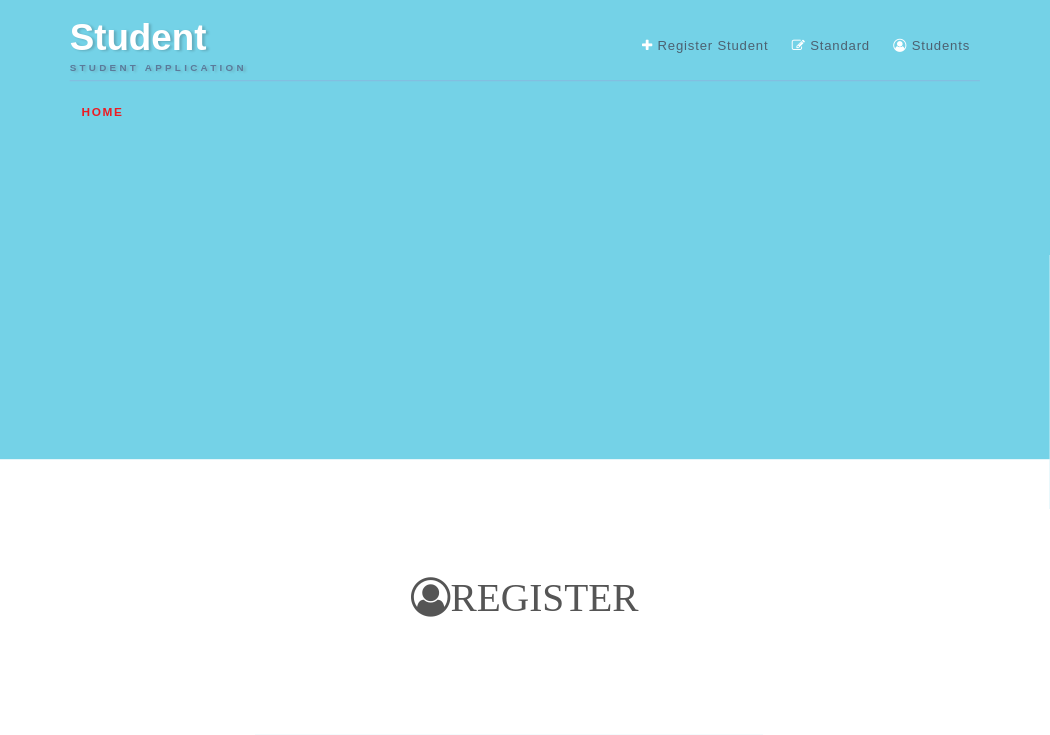
Repository: PallaviMadiya/Java-Framework-
Page: http://localhost/StudentApplication/standard.jsp
An editor plug-in stored every save of this project. The page is shown before and after the next save, followed by the edit.
The browser window is 1280 px wide. The pictures show the whole page, at 82% of full size.
Some web fonts or font styles are not loaded; a fallback is used. The page is served by Tomcat 9. Other server files are loaded and not shown. Queries for data that is not in the repository find no rows.

Above is the page before, as saved 2023-10-18 08:31:23.

### StudentApplication/src/main/webapp/standard.jsp

<%@ page language="java" contentType="text/html; charset=ISO-8859-1"
    pageEncoding="ISO-8859-1"%>
    <%@page import="dao.StudentDao"%>
<%@page import="model.Standard"%>
<%@page import="java.util.*"%>
<!DOCTYPE html>
<html>
<head>
<meta charset="ISO-8859-1">
<title>Insert title here</title>
</head>
<body>
<%@include file="header.jsp" %>
 <!-- //banner-->
    <!--/login -->
    <section class="banner-bottom py-5">
        <div class="container">
            <div class="content-grid">
                <div class="text-center icon">
                    <span class="fa fa-user-circle-o">REGISTER</span>
                </div>
                <div class="content-bottom">

                    <form action="StudentController" method="post" enctype='multipart/form-data>
                        <%List<Standard> list = StudentDao.getStandardList(); %>

                    	<select name="id"  style="width:340px; height:60px; margin-bottom:20px;">
							<% for (Standard s : list) { %>
								<option value="" disabled selected hidden>&nbsp &nbsp Select Standard</option>
								<option value="<%=s.getId() %>"><%=s.getName() %></option>
							<% } %>
						</select>


                        <div class="field-group">
                            <div class="content-input-field">
                                <input name="fname" id="text1" type="text" value="" placeholder="First Name" required="">
                            </div>
                        </div>

                        <div class="field-group">
                            <div class="content-input-field">
                                <input name="lname" id="text1" type="text" value="" placeholder="Last Name" required="">
                            </div>
                        </div>

                        <div class="field-group">
                            <div class="content-input-field">
                                <input name="dob" id="text1" type="date" value="" placeholder="Date Of Birth" required="">
                            </div>
                        </div>

                        <div class="field-group">
                            <div class="content-input-field">
                                <input name="image" id="text1" type="file" value="" placeholder="Student Image" required="">
                            </div>
                        </div>


                        <div class="content-input-field">
                            <button type="submit" class="btn" name="action" value="register">Register</button>
                        </div>

                    </form>
                </div>
            </div>
        </div>
    </section>
    <!-- /login -->
</body>
</html>

### StudentApplication/src/main/webapp/header.jsp
<%@ page language="java" contentType="text/html; charset=ISO-8859-1"
    pageEncoding="ISO-8859-1"%>
<!--
Author:W3layouts
Author URL: http://w3layouts.com
License: Creative Commons Attribution 3.0 Unported
License URL: http://creativecommons.org/licenses/by/3.0/
-->

<!DOCTYPE html>
<html lang="zxx">

<head>
    <title>Baggage Ecommerce Category Bootstrap Responsive Web Template | Home :: W3layouts</title>
    <!-- Meta tag Keywords -->
    <meta name="viewport" content="width=device-width, initial-scale=1">
    <meta charset="UTF-8" />
    <meta name="keywords" content="Baggage Responsive web template, Bootstrap Web Templates, Flat Web Templates, Android Compatible web template, Smartphone Compatible web template, free webdesigns for Nokia, Samsung, LG, SonyEricsson, Motorola web design" />
    <script>
        addEventListener("load", function() {
            setTimeout(hideURLbar, 0);
        }, false);

        function hideURLbar() {
            window.scrollTo(0, 1);
        }
    </script>
    <!-- //Meta tag Keywords -->
    <!-- Custom-Files -->
    <link rel="stylesheet" href="css/bootstrap.css">
    <!-- Bootstrap-Core-CSS -->
    <link rel="stylesheet" href="css/style.css" type="text/css" media="all" />
    <!-- Style-CSS -->
    <!-- font-awesome-icons -->
    <link href="css/font-awesome.css" rel="stylesheet">
    <!-- //font-awesome-icons -->
    <!-- /Fonts -->
    <link href="//fonts.googleapis.com/css?family=Hind:300,400,500,600,700" rel="stylesheet">
    <!-- //Fonts -->

</head>

<body>
    <div class="main-sec">
        <!-- //header -->
        <header class="py-sm-3 pt-3 pb-2" id="home">
            <div class="container">
                <!-- nav -->
                <div class="top-w3pvt d-flex">
                    <div id="logo">
                        <h1> <a href="index.jsp"><span class="log-w3pvt">Student</a> <label class="sub-des">Student Application</label></h1>
                    </div>

                    <div class="forms ml-auto">
                        <a href="register.jsp" class="btn"><span class="fa fa-plus"></span> Register Student</a>
                        <a href="stadard.jsp" class="btn"><span class="fa fa-pencil-square-o"></span> Standard</a>
                        <a href="student.jsp" class="btn"><span class="fa fa-user-circle-o"></span> Students</a>
                    </div>
                </div>
                <div class="nav-top-wthree">
                    <nav>
                        <label for="drop" class="toggle"><span class="fa fa-bars"></span></label>
                        <input type="checkbox" id="drop" />
                        <ul class="menu">
                            <li class="active"><a href="index.jsp">Home</a></li>

                        </ul>
                    </nav>
                    <!-- //nav -->
                    <div class="clearfix"></div>
                </div>
            </div>
        </header>
        <!-- //header -->

       </div>
  </body>
  </html>

### StudentApplication/src/main/java/dao/StudentDao.java
package dao;

import java.sql.Connection;
import java.sql.PreparedStatement;
import java.sql.ResultSet;
import java.sql.Statement;
import java.util.ArrayList;
import java.util.List;

import connection.DBConnection;
import model.Standard;
import model.Student;

public class StudentDao {

	public static List<Standard> getStandardList(){
		List<Standard> listStandard= new ArrayList<Standard>();
		try {
			Connection conn =  DBConnection.createConnection();
			String sql = "SELECT * FROM standard";
			PreparedStatement pst = conn.prepareStatement(sql);
			ResultSet rs = pst.executeQuery();
			while(rs.next()) {
				Standard s = new Standard();
				s.setId(rs.getInt("id"));
				s.setName(rs.getString("name"));
				s.setStatus(rs.getString("status"));
				listStandard.add(s);
			}

		}catch(Exception e) {
			e.printStackTrace();
		}
		return listStandard;
	}

	public static void addStudent(Student s) {
		try {
			Connection conn = DBConnection.createConnection();
			String sql = "INSERT INTO student(id, fname, lname, dob, image, createdDate, status) VALUES(?,?,?,?,?,?,?)";
			PreparedStatement pst = conn.prepareStatement(sql);
			pst.setInt(1, s.getId());
			pst.setString(2, s.getFname());
			pst.setString(3, s.getLname());
			pst.setString(4, s.getDob());
			pst.setString(5, s.getImage());
			pst.setString(6, s.getCreatedDate());
			pst.setString(7, s.getStatus());
			pst.executeUpdate();

		}catch(Exception e) {
			e.printStackTrace();
		}
	}

	public static List<Student> getStudentList(){
		List<Student> studentList = new ArrayList<Student>();
		try {
			Connection conn = DBConnection.createConnection();
			String sql = "SELECT * FROM student";
			PreparedStatement pst = conn.prepareStatement(sql);
			ResultSet rs = pst.executeQuery();
			while(rs.next()) {
				Student s = new Student();
				s.setSid(rs.getInt("sid"));
				s.setId(rs.getInt("id"));
				s.setFname(rs.getString("fname"));
				s.setLname(rs.getString("lname"));
				s.setDob(rs.getDate("dob").toString());
				s.setImage(rs.getString("image"));
				s.setCreatedDate(rs.getDate("createdDate").toString());
				s.setStatus(rs.getString("status"));
				studentList.add(s);
			}
		}catch(Exception e) {
			e.printStackTrace();
		}
		return studentList;
	}

	public static String getStandardById(int id) {
		String std = "";
		try {
			Connection conn = DBConnection.createConnection();
			String sql = "SELECT name FROM standard WHERE id=?";
			PreparedStatement pst = conn.prepareStatement(sql);
			pst.setInt(1, id);
			ResultSet rs = pst.executeQuery();
			if(rs.next()) {
				std = rs.getString("name");
			}

		}catch(Exception e) {
			e.printStackTrace();
		}

		return std;
	}
}

### StudentApplication/src/main/java/connection/DBConnection.java
package connection;

import java.sql.Connection;
import java.sql.DriverManager;

public class DBConnection {
	public static Connection createConnection() {
		Connection conn = null;
		try {
			Class.forName("com.mysql.cj.jdbc.Driver");
			conn = DriverManager.getConnection("jdbc:mysql://localhost:3306/testdb","root","");
		}catch(Exception e){
			e.printStackTrace();
		}
		return conn;
	}
}

Loaded but not shown: StudentApplication/src/main/webapp/css/bootstrap.css (library); StudentApplication/src/main/webapp/css/font-awesome.css (library); StudentApplication/src/main/webapp/css/style.css (1690 lines, source omitted)

After the next save:
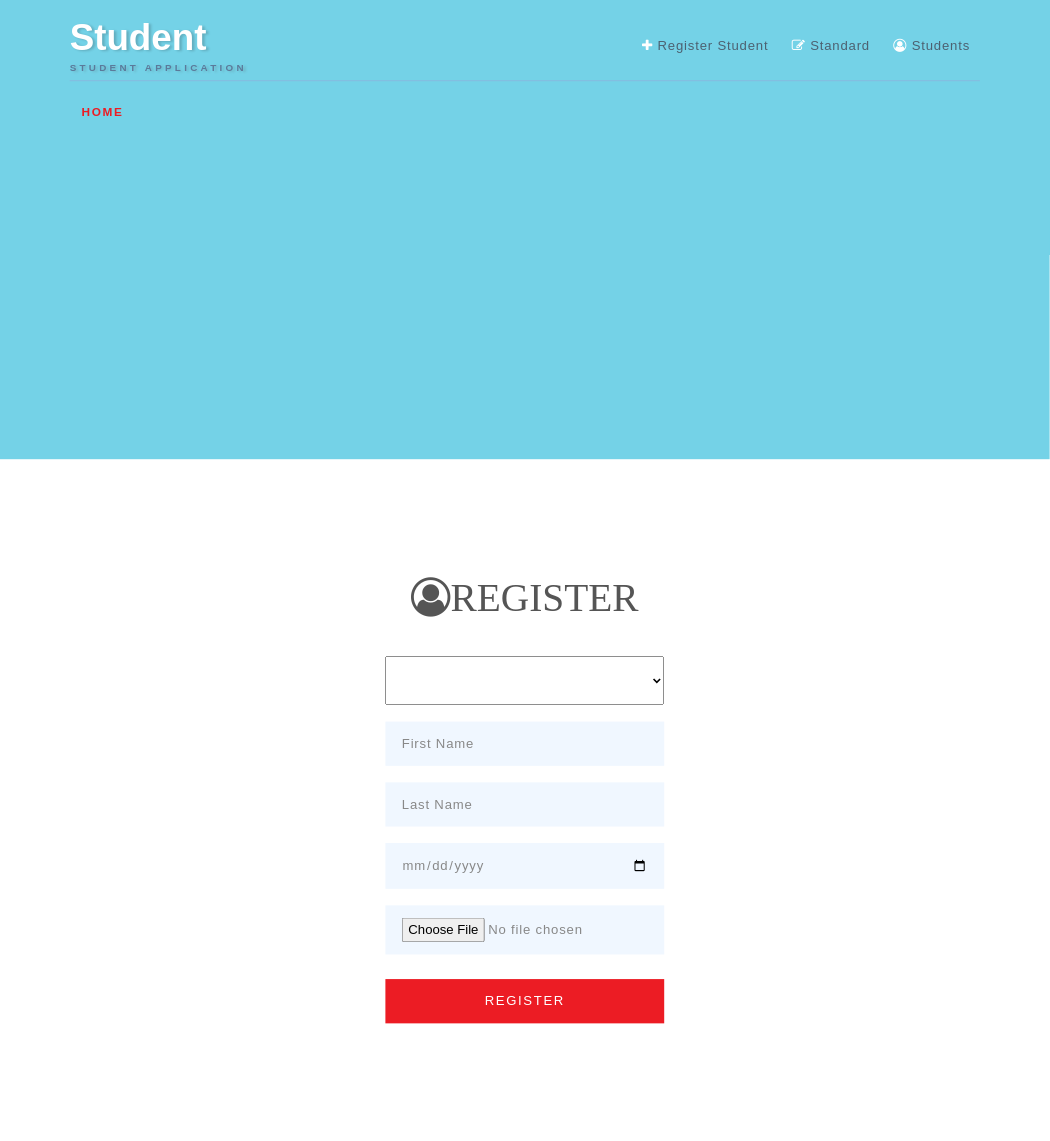
Saved 9 s later.
--- a/StudentApplication/src/main/webapp/standard.jsp
+++ b/StudentApplication/src/main/webapp/standard.jsp
@@ -22,7 +22,7 @@
                 </div>
                 <div class="content-bottom">
 
-                    <form action="StudentController" method="post" enctype='multipart/form-data>
+                    <form action="StudentController" method="post" enctype='multipart/form-data'>
                         <%List<Standard> list = StudentDao.getStandardList(); %>
 
                     	<select name="id"  style="width:340px; height:60px; margin-bottom:20px;">
